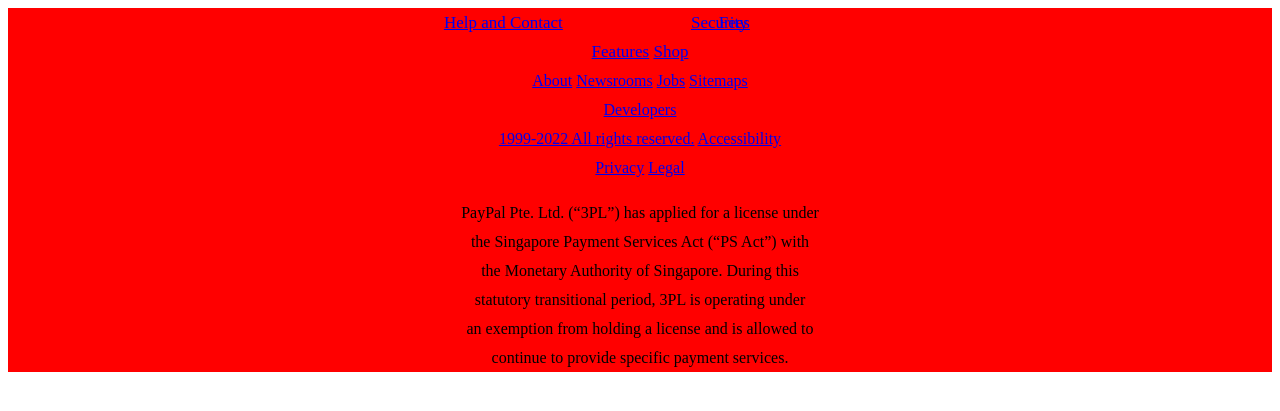
Repository: Jayeola3/Paypal
Page: text.html
An editor plug-in stored every save of this project. The page is shown before and after the next save, followed by the edit.
The browser window is 1280 px wide. The pictures show the whole page.

Above is the page before, as saved 2022-06-29 13:35:57.

After the next save:
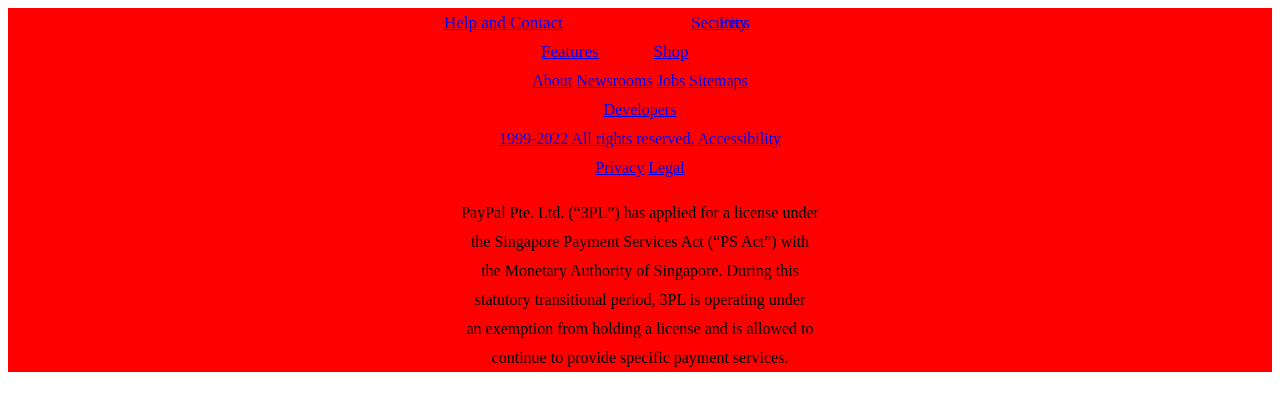
Saved 7 s later.
--- a/text.html
+++ b/text.html
@@ -30,7 +30,7 @@
             position: relative;
             left:-7%;
         }
-        .features{
+        .feature{
             position: relative;
             left:-4%;
         }
